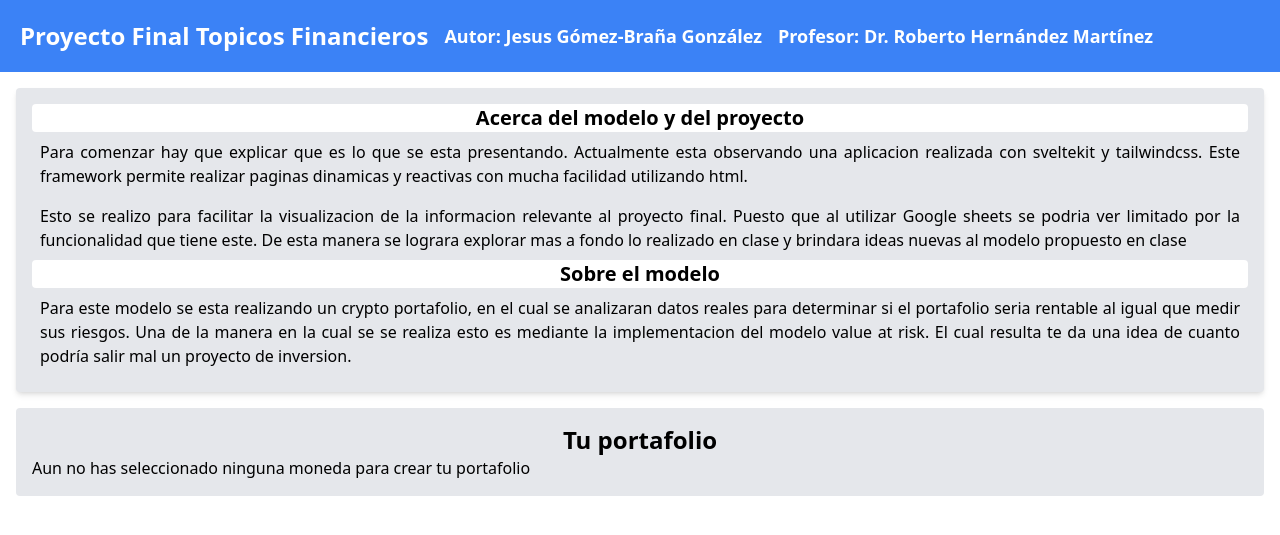
Repository: SistemaACT/Portafolio
Page: /
The author's editor kept a copy of each file at every save. The page is drawn from the files as they stood at one save, then again after the next save.
The browser window is 1280 px wide. The pictures show the whole page.
The page's requests for data from a server got no answer. The project was rebuilt for these pictures with package versions that can differ from the ones it lists, and the page was loaded fresh each time. The framework's server and built-in components were replaced by stand-ins that run in the browser. No one was signed in, and anything a server would have sent is missing. Also part of the build but not shown: svelte.config.js, vite.config.ts.

Above is the page before, as saved 2024-07-07 12:30:49.

After the next save:
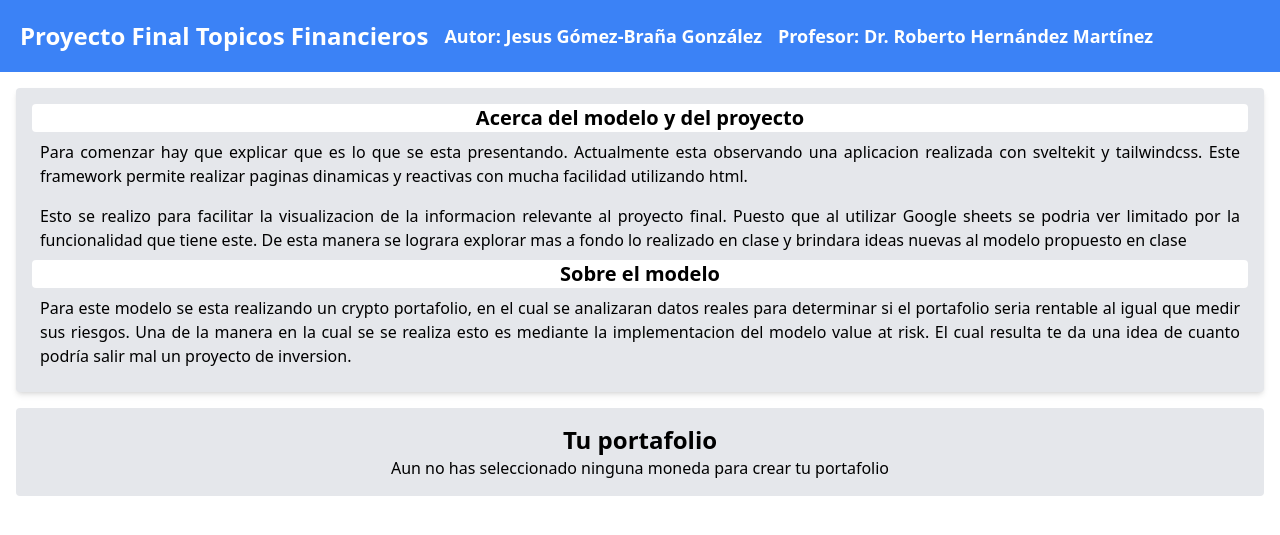
Saved 15 s later.
--- a/src/routes/+page.svelte
+++ b/src/routes/+page.svelte
@@ -76,7 +76,7 @@
 <div class="m-4 p-4 bg-gray-200 rounded">
   <h2 class="w-full text-center text-2xl font-bold">Tu portafolio</h2>
   {#if selected_coins.length==0}
-    <p>Aun no has seleccionado ninguna moneda para crear tu portafolio</p>
+    <p class="w-full text-center">Aun no has seleccionado ninguna moneda para crear tu portafolio</p>
   {:else}
     {#each selected_coins as coin}
       <div>
